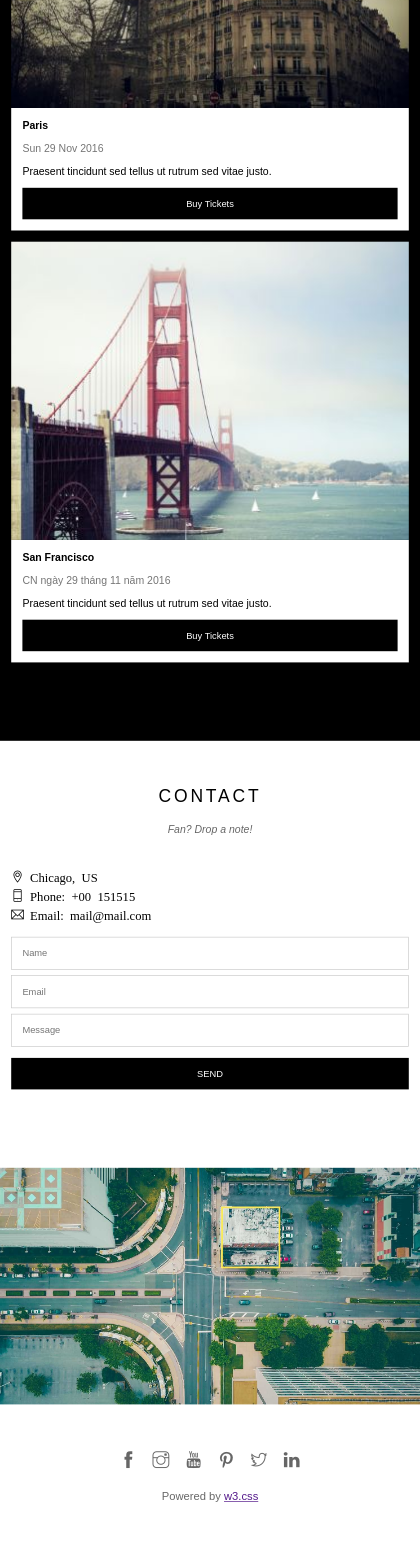
Repository: BillLee2000/w3-band
Page: index.html
The author's editor kept a copy of each file at every save. The page is drawn from the files as they stood at one save, then again after the next save.
The browser window is 600 px wide. The pictures show the part of the page from y = 3315 to 5555 px (the page is 5539 px tall before and 5555 px after), at 70% of full size.

Above is the page before, as saved 2021-12-17 06:52:04.

### index.html
<!DOCTYPE html>
<html lang="en">

<head>
    <meta charset="UTF-8">
    <meta http-equiv="X-UA-Compatible" content="IE=edge">
    <meta name="viewport" content="width=device-width, initial-scale=1.0">
    <link rel="icon" href="./assets/favicon/download.jpg" type="image/x-icon" />
    <link rel="stylesheet" href="./assets/css/styles.css">
    <link rel="stylesheet" href="./assets/css/responsive.css">
    <link rel="stylesheet" href="./assets/fonts/themify-icons/themify-icons.css">
    <title>The band</title>
</head>

<body>
    <div id="main">
        <div id="header">
            <ul id="nav">
                <!-- ul#nav>li*5>a -->
                <li><a href="#">Home</a></li>
                <li><a href="#band">Band</a></li>
                <li><a href="#tour">Tour</a></li>
                <li><a href="#contact">Contact</a></li>
                <li>
                    <a href="#">
                        More
                        <i class="down ti-angle-down"></i>
                    </a>
                    <ul class="subnav">
                        <li><a href="#">Merchandise</a></li>
                        <li><a href="#">Extras</a></li>
                        <li><a href="#">Media</a></li>
                    </ul>
                </li>
            </ul>
            <div id="mobile-menu" class="mobile-menu-btn">
                <i class="menu-icon ti-menu"></i>
            </div>
            <div class="search-btn">
                <i class="search-icon ti-search"></i>
            </div>
        </div>
        <div id="slide">
            <div class="text-content">
                <h2 class="text-heading">
                    Chicago
                </h2>
                <div class="text-decsription">
                    Thank you, Chicago - A night we won't forget.
                </div>
            </div>
        </div>
        <div id="content">
            <div id="band" class="content-section">
                <h2 class="section-heading">
                    THE BAND
                </h2>
                <p class="section-sub-heading">
                    We love music
                </p>
                <p class="about-text">
                    We have created a fictional band website. Lorem ipsum dolor sit amet, consectetur adipiscing elit,
                    sed do eiusmod tempor incididunt ut labore et dolore magna aliqua. Ut enim ad minim veniam, quis
                    nostrud exercitation ullamco laboris nisi ut aliquip ex ea commodo consequat. Duis aute irure dolor
                    in reprehenderit in voluptate velit esse cillum dolore eu fugiat nulla pariatur. Excepteur sint
                    occaecat cupidatat non proident, sunt in culpa qui officia deserunt mollit anim id est laborum
                    consectetur adipiscing elit, sed do eiusmod tempor incididunt ut labore et dolore magna aliqua. Ut
                    enim ad minim veniam, quis nostrud exercitation ullamco laboris nisi ut aliquip ex ea commodo
                    consequat
                </p>
                <div class="row nembers-list">
                    <div class="col col-third s-col-full mt-32 text-center">
                        <p class="member-name">
                            Name
                        </p>
                        <img src="./assets/img/band/member1.jpg" alt="Name" class="member-img">
                    </div>
                    <div class="col col-third s-col-full mt-32 text-center">
                        <p class="member-name">
                            Name
                        </p>
                        <img src="./assets/img/band/member1.jpg" alt="Name" class="member-img">
                    </div>
                    <div class="col col-third s-col-full mt-32 text-center">
                        <p class="member-name">
                            Name
                        </p>
                        <img src="./assets/img/band/member1.jpg" alt="Name" class="member-img">
                    </div>
                    <div class="clear"></div>
                </div>
            </div>
            <div id="tour" class="tour-section">
                <div class="content-section">
                    <h2 class="section-heading text-white">
                        TOUR DATES
                    </h2>
                    <p class="section-sub-heading text-white">
                        Remember to book your tickets!
                    </p>
                    <ul class="stickets-list">
                        <li>September <span class="sold-out">Sold-out</span></li>
                        <li>October <span class="sold-out">Sold-out</span></li>
                        <li>November <span class="quantity">3</span></li>
                    </ul>
                    <div class="row places-list">
                        <div class="col col-third s-col-full mt-16">
                            <img src="./assets/img/places/place1.jpg" alt="New York" class="place-img">
                            <div class="place-content">
                                <h3 class="place-heading">
                                    New York
                                </h3>
                                <p class="place-time">
                                    Fri 27 Nov 2016
                                </p>
                                <p class="place-description">
                                    Praesent tincidunt sed tellus ut rutrum sed vitae justo.
                                </p>
                                <button class="btn js-buy-ticket s-full-with">Buy Tickets</button>
                            </div>
                        </div>
                        <div class="col col-third s-col-full mt-16">
                            <img src="./assets/img/places/place2.jpg" alt="New York" class="place-img">
                            <div class="place-content">
                                <h3 class="place-heading">
                                    Paris
                                </h3>
                                <p class="place-time">
                                    Sun 29 Nov 2016
                                </p>
                                <p class="place-description">
                                    Praesent tincidunt sed tellus ut rutrum sed vitae justo.
                                </p>
                                <button class="btn js-buy-ticket s-full-with">Buy Tickets</button>
                            </div>
                        </div>
                        <div class="col col-third s-col-full mt-16">
                            <img src="./assets/img/places/place3.jpg" alt="New York" class="place-img">
                            <div class="place-content">
                                <h3 class="place-heading">
                                    San Francisco
                                </h3>
                                <p class="place-time">
                                    CN ngày 29 tháng 11 năm 2016
                                </p>
                                <p class="place-description">
                                    Praesent tincidunt sed tellus ut rutrum sed vitae justo.
                                </p>
                                <button class="btn js-buy-ticket s-full-with">Buy Tickets</button>
                            </div>
                        </div>
                        <div class="clear"></div>
                    </div>
                </div>
            </div>
            <div id="contact" class="content-section">
                <h2 class="section-heading">
                    CONTACT
                </h2>
                <p class="section-sub-heading">
                    Fan? Drop a note!
                </p>
                <div class="row contact-content">
                    <div class="col col-half s-col-full contact-info">
                        <p><i class="ti-location-pin"> Chicago, US</i></p>
                        <p><i class="ti-mobile"> Phone: +00 151515</i></p>
                        <p><i class="ti-email"> Email: mail@mail.com</i></p>
                    </div>
                    <div class="col col-half s-col-full contact-form">
                        <form action="">
                            <div class="row">
                                <div class="col col-half s-col-full">
                                    <input placeholder="Name" type="text" name="" required id="" class="form-control">
                                </div>
                                <div class="col col-half s-col-full s-mt-8">
                                    <input placeholder="Email" type="email" name="" required id="" class="form-control">
                                </div>

                            </div>
                            <div class="row mt-8">
                                <div class="col col-full">
                                    <input placeholder="Message" type="text" name="" required id=""
                                        class="form-control">
                                </div>
                            </div>
                            <input class="btn mt-16 pull-right s-full-with " type="submit" value="SEND">
                        </form>
                    </div>
                </div>
            </div>
            <div class="map-section">
                <img src="./assets/img/map.jpg" alt="map">
            </div>

        </div>
        <div id="footer">
            <div class="social-list">
                <a href=""><i class="ti-facebook"></i></a>
                <a href=""><i class="ti-instagram"></i></a>
                <a href=""><i class="ti-youtube"></i></a>
                <a href=""><i class="ti-pinterest"></i></a>
                <a href=""><i class="ti-twitter"></i></a>
                <a href=""><i class="ti-linkedin"></i></a>
            </div>
            <p class="copyright">Powered by <a href="">w3.css</a></p>
        </div>
        <div class="modal js-modal">
            <div class="modal-container js-modal-container">
                <div class="modal-close js-modal-close">
                    <i class="ti-close"></i>
                </div>
                <header class="modal-header">
                    <i class="modal-heading-icon ti-bag"></i>
                    Tickets
                </header>
                <div class="modal-body">
                    <label for="tickets-quantity" class="modal-tickets">
                        <i class="ti-shopping-cart"></i>
                        Tickets, $15 per person
                    </label>
                    <input type="text" id="tickets-quantity" class="modal-input" placeholder="How many?">
                    <label for="tickets-email" class="modal-tickets">
                        <i class="ti-user"></i>
                        Send to
                    </label>
                    <input id="tickets-email" type="email" class="modal-input" placeholder="Enter email...">
                    <button id="buy-tickets">
                        Pay <i class="ti-check"></i>
                    </button>
                </div>
                <footer class="modal-footer">
                    <p class="modal-help">Need <a href="" class="">help?</a></p>
                </footer>
            </div>
        </div>
    </div>
    <script>
        const buyBtns = document.querySelectorAll('.js-buy-ticket') /* Lấy 3 giá trị của nut buy tickets đẩy vào buyBtns */
        const modal = document.querySelector('.js-modal') /* thêm class modal vào hằng */
        const modalClose = document.querySelector('.js-modal-close')
        const modalConainer = document.querySelector('.js-modal-container')
        function showBuyTicket() {
            /*  alert("Show") */ /* bật lên hộp thoại */
            modal.classList.add('open') /* add thêm class open vào sau modal bật của sổ hiển thị lên */
        }
        function hideBuyTicket() {
            /*  alert("Show") */ /* bật lên hộp thoại */
            modal.classList.remove('open') /* remove class open vào sau modal close để đóng cửa sổ hiển thị */
        }
        for (const buyBtn of buyBtns) {/* Vòng lặp cho từng nút(button) chạy 3 lần */
            buyBtn.addEventListener('click', showBuyTicket)/* Khi click vào ô buyTickKets sẽ chuyển đến hàm show.. */
        }
        modalClose.addEventListener('click', hideBuyTicket)
        modal.addEventListener('click', hideBuyTicket)
        modalConainer.addEventListener('click', function (event) {
            event.stopPropagation() //ngừng event nổi bọt lại
        })
    </script>
    <script>
        var header = document.getElementById('header');
        var mobileMenu = document.getElementById('mobile-menu');
        /* console.log(mobileMenu) */
        var headerHeight = header.clientHeight;
        // Dong mo mobile menu
        mobileMenu.onclick = function (){
            /* alert('Thong Bao'); */
            var isClosed = header.clientHeight === headerHeight;
            if (isClosed) {
                header.style.height = 'auto';
            }else{
                header.style.height = null;
            }
        }
        //tu dong dong khi chon menu
        var menuItems = document.querySelectorAll('#nav li a[href*="#"]');
        /* console.log(menuItems); */
        for (var i = 0;i<menuItems.length;i++){
            var menuItem = menuItems[i];
            menuItem.onclick = function(event){
                var isParentMenu = this.nextElementSibling && this.nextElementSibling.classList.contains('subnav');
                if(isParentMenu){
                    event.preventDefault();
                }else{
                    header.style.height = null;
                }
            }
        }
    </script>
</body>

</html>

### assets/css/styles.css
/* reset css */

* {
    padding: 0;
    margin: 0;
    box-sizing: border-box;
}

html {
    scroll-behavior: smooth; /* //hành động cuộn */
    font-family: Arial, Helvetica, sans-serif;
    /* font chu in dam */
}

#main {}

.text-white{
    color: #fff !important;
}
.row{
    margin-left: -8px;
    margin-right: -8px;
}
.row::after {
    content: "";
    display: block;
    clear: both;
}
.mt-8{
    margin-top: 8px !important;
}
.mt-16{
    margin-top: 16px !important;
}
.mt-32{
    margin-top: 32px;
}
.col {
    float: left;
    padding-left: 8px;
    padding-right: 8px;
}
.col-half{
    width: 50%;
}
.col-third{
    width: 33.33333%;
}
.col-full {
    width: 100%;
}
.text-center {
    text-align: center !important;
}

#header {
    height: 46px;
    background-color: black;
    position: fixed;
    top: 0;
    left: 0;
    right: 0;
    z-index: 1;
}
#header .mobile-menu-btn {
    position: absolute;
    top: 0;
    right: 0;
    display: none;
}
#header .mobile-menu-btn,
#header .search-btn {
    float: right;
    padding: 0 21px;
}
#header .mobile-menu-btn:hover {
    background-color: #ccc;
}
#header .mobile-menu-btn:hover .menu-icon {
    color: #000;
}
#header .search-btn:hover {
    background-color: #f44336;
    cursor: pointer;
}
#header .menu-icon,
#header .search-icon {
    color: #fff;
    line-height: 46px;
}

#nav {
    display: inline-block;
}

#nav>li {
    display: inline-block;
}

#nav li {
    position: relative;
}

#nav .down {
    font-size: 14px;
}

#nav>li>a {
    color: #fff;
    text-transform: uppercase;
}

#nav li a {
    text-decoration: none;
    line-height: 46px;
    padding: 0 24px;
    display: block;
}

#nav .subnav li:hover a,
#nav>li:hover>a {
    color: #000;
    background-color: #ccc;
}

#nav li:hover .subnav {
    display: block;
}

#nav,
.subnav {
    list-style-type: none;
    /* bor dau cham dau dong */
}

#nav .subnav {
    display: none;
    min-width: 160px;
    top: 100%;
    left: 0;
    position: absolute;
    background-color: #fff;
    box-shadow: 0 0 10px rgba(0, 0, 0, 0.3);
}

#nav .subnav a {
    color: #000;
    padding: 0 12px;
    line-height: 38px;
}

#slide {
    margin-top: 46px;
    padding-top: 50%;
    background: url("/assets/img/slider/slider1.jpg") top center / cover no-repeat;
    position: relative;
}

#slide .text-content {
    color: #fff;
    position: absolute;
    left: 50%;
    bottom: 47px;
    transform: translate(-50%);
    /* Cách 1 */
    /* Width: 100%; */
    /* cach 2 */
    /* Cách 3: left: 0; right: 0; */
    text-align: center;
}

#slide .text-heading {
    font-size: 24px;
    font-weight: 500;
}

#slide .text-decsription {
    font-size: 15px;
    margin-top: 25px;
}
.pull-right {
    float: right !important;
}
.btn{
    color: #fff;
    background-color: #000;
    text-decoration: none;
    padding: 11px 16px;
    display: inline-block;
    margin-top: 15px;
    border: none;
    text-align: center;

}
.btn:hover {
    cursor: pointer;
    color: #000;
    background-color: #ccc;
}

#content {}

#content .content-section{
    width: 800px;
    max-width: 100%;
    padding: 64px 0 112px;
    margin-left: auto;
    margin-right: auto;
    padding-left: 16px;
    padding-right: 16px;
}
#content .section-heading{
    font-weight: 500;
    text-align: center;/* Can giua */
    font-size: 25px;
    letter-spacing: 4px;/* Khoảng cách các chữ cái */
}
#content .section-sub-heading{
    text-align: center;
    margin-top: 25px;
    font-size: 15px;
    font-style: italic;
    opacity: 0.6;/* Giam 40% đô đậm của chữ */
}
#content .about-text {
    margin-top: 25px;
    text-align: justify;
    line-height: 1.4;
}
#content .nembers-list{
    margin-top: 32px;
}
/* #content .member-item { */
    /* float: left; */
    /* width: calc(100% / 3); */
   /*  width: 33.333333%; */
    /* text-align: center; */
/* } */
#content .member-name{
    font-size: 15px;
}
#content .member-img{
    margin-top: 15px;
    width: 154px;
    border-radius: 4px;
    overflow: hidden;/* Xóa font float:left; */
}
#content .clear{
    clear: both;
}
#content .tour-section{
    background-color: #000;

}
.stickets-list{
    background-color: #fff;
    margin-top: 40px;
    list-style: none;
}
.stickets-list li{
    font-size: 15px;
    padding: 11px 16px;
    border-bottom:  1px solid #ddd;
    color: #757575;
}
.stickets-list .sold-out {
    background-color: #f44336;
    padding: 3px 4px;
    color: #fff;
    margin-left: 16px;
}
.stickets-list .quantity{
    float: right;
    width: 24px;
    height: 24px;
    color: #fff;
    text-align: center;
    line-height: 24px;
    background-color: #000;
    border-radius: 50%;
    margin-top: -3px;
}

.tour-section .places-list{
    margin-top: 16px;
}

.tour-section .place-img{
    width: 100%;
    display: block;
}
.tour-section .place-img:hover{
    opacity: 0.6;
}
.tour-section .place-content{
    background-color: #fff;
    padding: 16px;
    font-size: 15px;
}
.tour-section .place-heading{
    font-weight: 600;
    font-size: 15px;
}
.tour-section .place-time{
    margin-top: 16px;
    color: #757575;
}
.tour-section .place-description{
    margin-top: 16px;
}
.contact-content{
    margin-top: 48px;
}
.contact-form {
    font-size: 15px;
}
.contact-content .contact-info{
    font-size: 18px;
    line-height: 1.5;
}
.contact-form .form-control {
    padding: 10px;
    border: 1px solid #ccc;
    width: 100%;
    outline: none;
}
.contact-info i[class*="ti-"] {
    width: 30px;
}

#footer {}

.modal {
    position: fixed;
    top: 0;
    left: 0;
    right: 0;
    bottom: 0;
    background: rgba(0, 0, 0, 0.4);
    display: none;
    align-items: center;
    justify-content: center;

}

.modal.open {
    display: flex;
}

.modal-container{
    width: 900px;
    min-height: 200px;
    background-color: #fff;
    position: relative;
    max-width: calc(100% - 32px);
    animation: modalFadeIn ease 0.5s;
}
.modal .modal-close{
    position: absolute;
    right: 0;
    top: 0;
    color: #fff;
    padding: 12px;
    cursor: pointer;
    opacity: 0.8;
}
.modal-close:hover{
    opacity: 1;
    background-color: #ccc;
}
.modal .modal-header{
    background-color: #009688;
    height: 130px;
    display: flex;
    align-items: center;
    justify-content: center;
    font-size: 30px;
    color: #fff;
}
.modal-body{
    padding: 16px;
}
.modal-tickets{
    display: block;
    font-size: 15px;
    margin-bottom: 15px;
}
.modal-input{
    border: 1px solid #ccc;
    width: 100%;
    padding: 10px;
    font-size: 15px;
    margin-bottom: 24px;
}
.modal-heading-icon{
    margin-right: 16px;
}
#buy-tickets{
    color: #fff;
    background: #009688;
    border: none;
    width: 100%;
    font-size: 15px;
    text-transform: uppercase;
    padding: 18px;
}
#buy-tickets:hover {
    cursor: pointer;
    opacity: 0.9;
}
.map-section img {
    width: 100%;
}
#footer {
    padding: 64px 16px;
    text-align: center;
}
#footer .social-list {
    font-size: 24px;
}
#footer .social-list a {
    color: rgba(0 ,0 ,0 ,0.6);
    text-decoration: none;
}
#footer .copyright a:hover,
#footer .social-list a:hover {
    color: rgba(0 ,0 ,0 ,0.4);
}
#footer .copyright {
    margin-top: 15px;
    color: rgba(0 ,0 ,0 ,0.6);
}
.modal-footer {
    padding: 16px;
    text-align: right;
}
.modal-footer a {
    color: #2196F3;
}
@keyframes modalFadeIn{
    from {
        opacity: 0;
        transform: translateY(-140px);
    }
    to{
        opacity: 1;
        transform: translateY(0);
    }
}
/* PC */
@media(min-width: 1024px){

}
/* Tablet */
@media (min-width: 740px) and (max-width:1023px){

}
@media(max-width: 740px){

}

### assets/css/responsive.css
/* PC */
@media(min-width: 1024px){
}
/*Tablet and mobile */
@media(max-width: 1023px) {
    .btn {
        padding: 15px 16px;
    }
    #nav .subnav a {
        padding: 5px 12px;
    }
    .contact-form .form-control {
        padding: 15px;
    }

    .social-list {
        font-size: 48px;
    }
    #footer .social-list a {
        margin: 0 8px;
    }
    #footer .copyright a {
        padding: 12px 0;
        display: inline-block;
    }
}


/* Tablet */
@media (min-width: 740px) and (max-width:1023px){
    .contact-info {
        line-height: 2;
    }
}
/* Mobile */
@media(max-width: 740px){
    .s-full-with,
    .s-col-full {
        width: 100% !important;
    }
    .s-mt-8{
        margin-top: 8px !important;
    }
    #nav {
        display: block;
    }
    #nav>li {
        display: block;
    }
    #nav li a {
        padding: 1px 24px;
    }
    #nav > li:first-child {
        display: inline-block;
    }
    #nav .subnav {
        position: initial;
        background-color: #333;
    }

    #content .member-img {
        width: 60%;
    }
    #content .about-text {

    }
    #nav .subnav a {
        color: #fff;
        padding: 5px 41px;
    }
    #header {
        overflow: hidden;
    }
    #header .mobile-menu-btn {
        display: block;
    }
    #header .search-btn {
        display: none;
    }
    .contact-form {
        margin-top: 16px;
    }
}

Loaded but not shown: assets/fonts/themify-icons/themify-icons.css (common file)

After the next save:
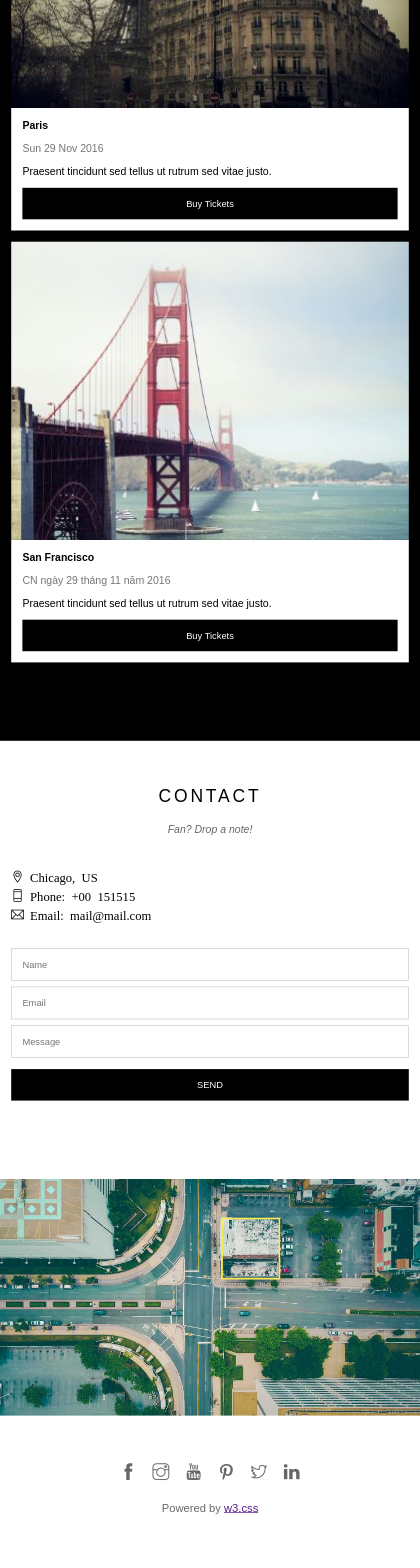
Saved 22 s later.
--- a/assets/css/responsive.css
+++ b/assets/css/responsive.css
@@ -78,6 +78,6 @@
         display: none;
     }
     .contact-form {
-        margin-top: 16px;
+        margin-top: 32px;
     }
 }
